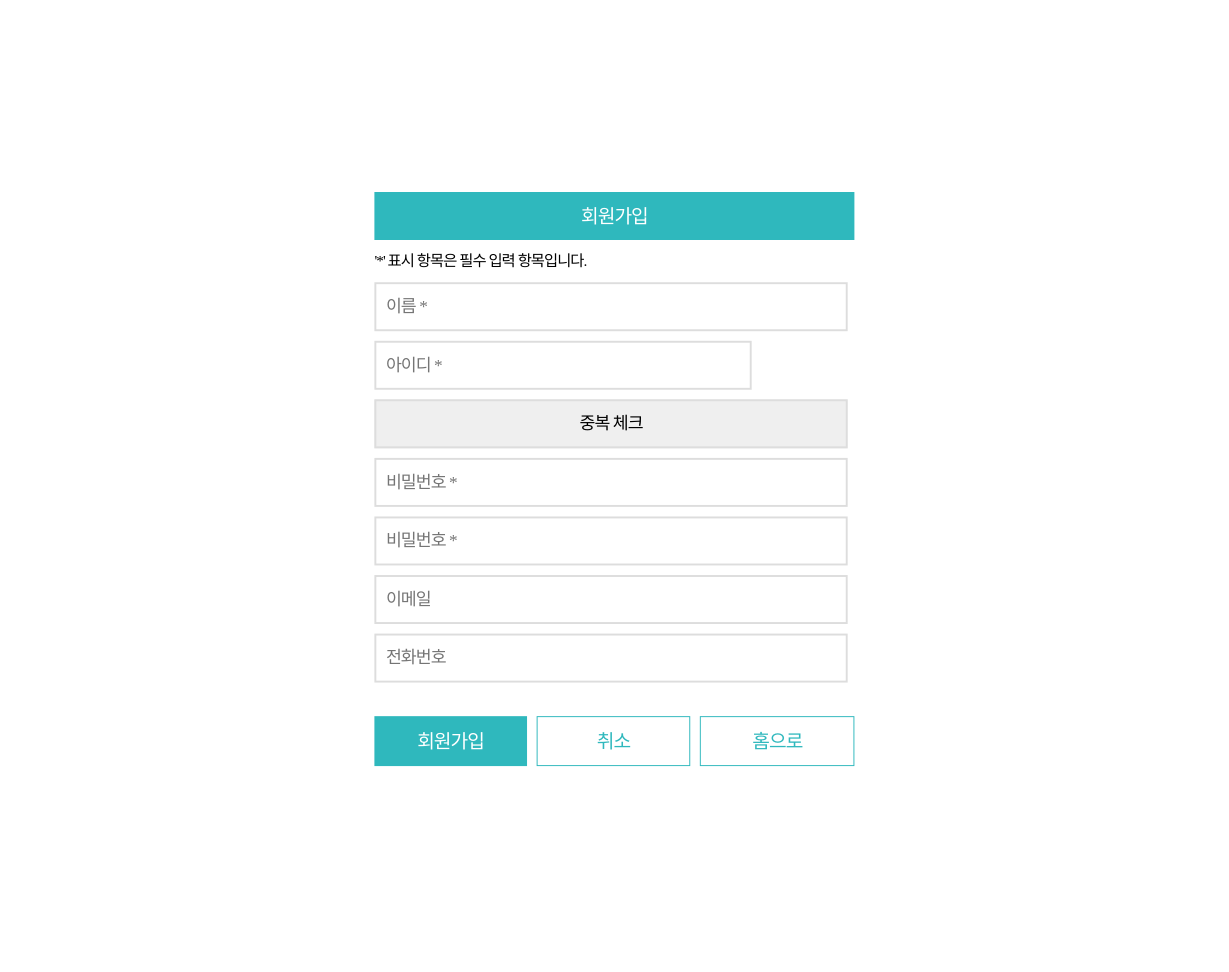
Repository: InhoKang92/jsp_1018
Page: http://localhost/Web_01/member/join.jsp
An editor plug-in stored every save of this project. The page is shown before and after the next save, followed by the edit.
The browser window is 1280 px wide. The pictures show the whole page, at 96% of full size.
Some web fonts or font styles are not loaded; a fallback is used. The page is served by Tomcat 9. Other server files are loaded and not shown.

Above is the page before, as saved 2024-10-16 02:11:27.

### Web_01/src/main/webapp/member/join.jsp
<%@ page language="java" contentType="text/html; charset=UTF-8"
pageEncoding="UTF-8"%>
<!DOCTYPE html>
<html>
<head>
<meta charset="UTF-8">

<link rel="stylesheet" href="css/reset.css">
<link rel="stylesheet" href="css/join.css">

<title>모던하우스 회원가입</title>
</head>
<body>


      <form method="post" name="frm">

        <div class="join_box">
            <div class="title_box">회원가입</div>
            <p class="mand">'*' 표시 항목은 필수 입력 항목입니다.</p>
            <div class="input_box">
            	<input class="name_input" type="text" placeholder="이름 *" name="username">
                <input class="id_input" type="text" placeholder="아이디 *" name="userid">
                <input class="idcheck_btn" type="button" value="중복 체크" onclick="idCheck()">
                <input class="pw_input" type="password" placeholder="비밀번호 *" name="pwd">
                <input class="pw_check_input" type="password" placeholder="비밀번호 *" name="pwd_check">
                <input class="email_input" type="text" placeholder="이메일" name="email">
            	<input class="phone_input" type="text" placeholder="전화번호" name="phone">
            </div>
            <div class="button_box">
            	<input type="submit" class="join_btn" value="회원가입" onclick="return ">
            	<input type="reset" class="reset_btn" value="취소">
            	<input type="button" class="home_btn" value="홈으로" onclick="location.href='ModernServlet?command=mdh_index'">
            </div>


        </div>
      </form>

</body>
</html>

### Web_01/src/main/webapp/css/reset.css
@charset "utf-8";

@font-face {
    font-family: 'Pretendard-Regular';
    src: url('https://fastly.jsdelivr.net/gh/Project-Noonnu/noonfonts_2107@1.1/Pretendard-Regular.woff') format('woff');
    font-weight: 400;
    font-style: normal;
}

/* CSS 리셋 */
* {
    margin: 0;
    padding: 0;
    color: #000;
    list-style: none;
    text-decoration: none;
    box-sizing: border-box;
    line-height: 1.5;
    letter-spacing: -1px;
    font-family: 'Pretendard-Regular';
}

### Web_01/src/main/webapp/css/join.css
@charset "utf-8";

.join_box {
    width: 500px;
    margin: 200px auto;
}
.title_box {
    width: 100%;
    background-color: #2fb8bd;
    border: none;
    color: #fff;
    font-size: 20px;
    padding: 10px;
    text-align: center;
}
.mand {
	margin: 10px 0;
}

.input_box {
    width: 500px;
}

.input_box>input {
    display: inline-block;
    width: 493px;
    border: 2px solid #ddd;
    padding: 10px;
    font-size: 18px;
    margin-bottom: 10px;
}

.input_box>.id_input {
    display: inline-block;
    width: 393px;
    border: 2px solid #ddd;
    padding: 10px;
    font-size: 18px;
    margin-bottom: 10px;
}

.button_box {
    display: flex;
    gap: 10px;
    width: 500px;

}
.join_btn {
	flex: 1;
	text-align: center;
	background-color: #2fb8bd;
    border: none;
    color: #fff;
    font-size: 20px;
    padding: 10px;
    margin-top: 25px;
    margin-bottom: 15px;
    cursor: pointer;
}

.reset_btn {
	flex: 1;
	text-align: center;
	background-color: #fff;
    border: 1px solid #2fb8bd;
    color: #2fb8bd;
    font-size: 20px;
    padding: 10px;
    margin-top: 25px;
    margin-bottom: 15px;
    cursor: pointer;
}

.home_btn {
	flex: 1;
	text-align: center;
	background-color: #fff;
    border: 1px solid #2fb8bd;
    color: #2fb8bd;
    font-size: 20px;
    padding: 10px;
    margin-top: 25px;
    margin-bottom: 15px;
    cursor: pointer;
}

After the next save:
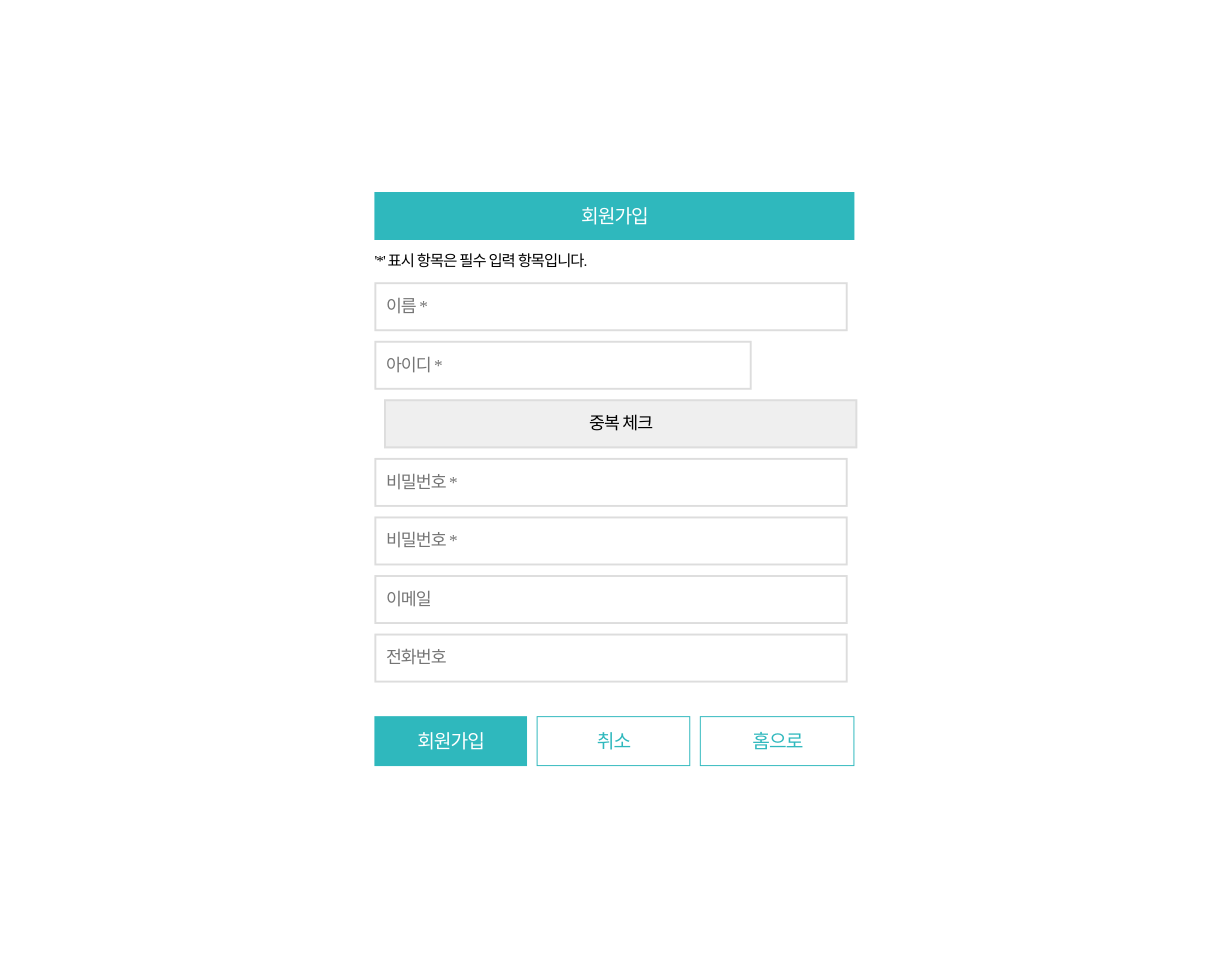
Saved 58 s later.
--- a/Web_01/src/main/webapp/css/join.css
+++ b/Web_01/src/main/webapp/css/join.css
@@ -37,6 +37,14 @@
     padding: 10px;
     font-size: 18px;
     margin-bottom: 10px;
+}
+
+.idcheck_btn {
+	width: 90px;
+	margin-left: 10px;
+	border: none;
+	padding: 10px;
+    font-size: 18px;
 }
 
 .button_box {
